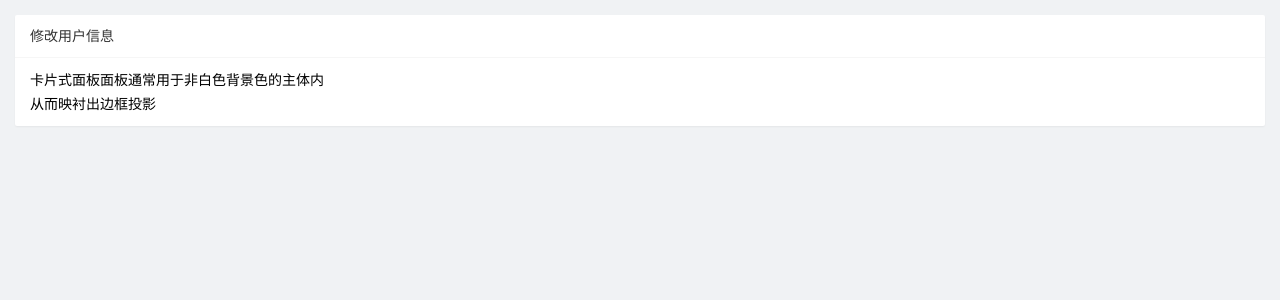
Repository: toastname/openread
Page: User/user_info.html
These files come from the project's save history. The page is drawn as it stood at one moment and after the next save; the edit follows.
The browser window is 1280 px wide. The pictures show the whole page.

Above is the page before, as saved 2021-06-06 18:05:29.

After the next save:
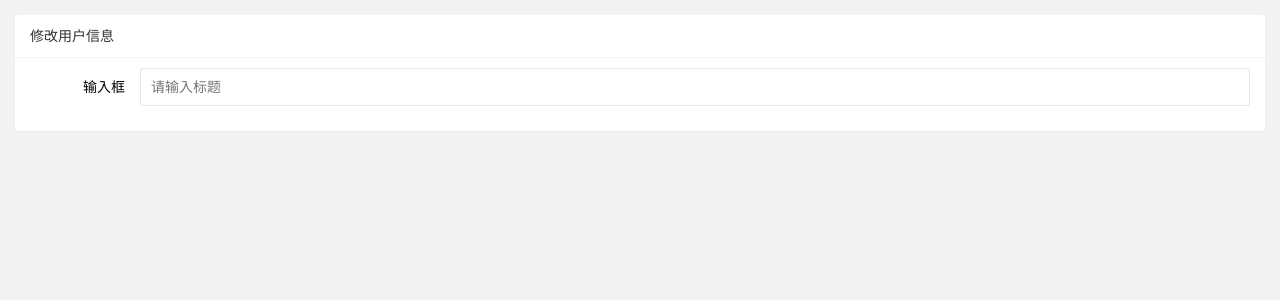
Saved 4 min 17 s later.
--- a/User/user_info.html
+++ b/User/user_info.html
@@ -15,7 +15,13 @@
     <div class="layui-card">
         <div class="layui-card-header">修改用户信息</div>
         <div class="layui-card-body">
-            卡片式面板面板通常用于非白色背景色的主体内<br> 从而映衬出边框投影
+            <form class="layui-form" action="">
+                <div class="layui-form-item">
+                    <label class="layui-form-label">输入框</label>
+                    <div class="layui-input-block">
+                        <input type="text" name="title" required lay-verify="required" placeholder="请输入标题" autocomplete="off" class="layui-input">
+                    </div>
+                </div>
         </div>
     </div>
 
